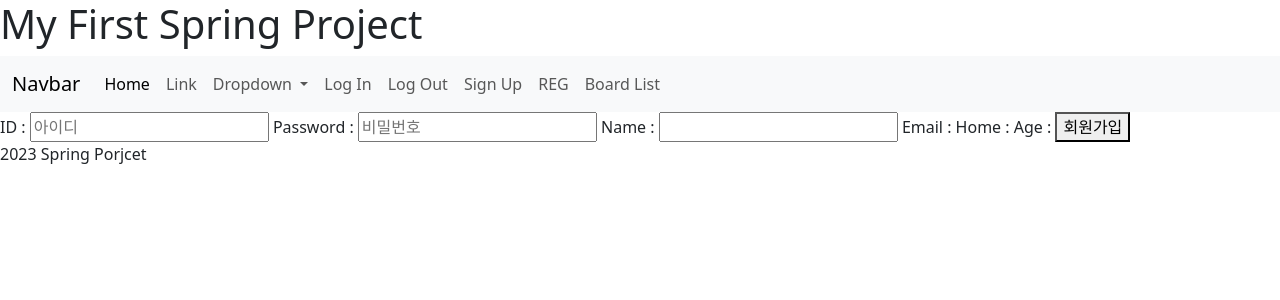
Repository: Leesunghoon1/ezenSpring
Page: http://localhost/spring-Test/WEB-INF/views/member/signup.jsp
These files come from the project's save history. The page is drawn as it stood at one moment and after the next save; the edit follows.
The browser window is 1280 px wide. The pictures show the whole page.
The page is served by Tomcat 9. Nobody is signed in. The template is opened directly, without the code that normally fills it, so the values that code supplies are empty.

Above is the page before, as saved 2023-10-06 07:05:44.

After the next save:
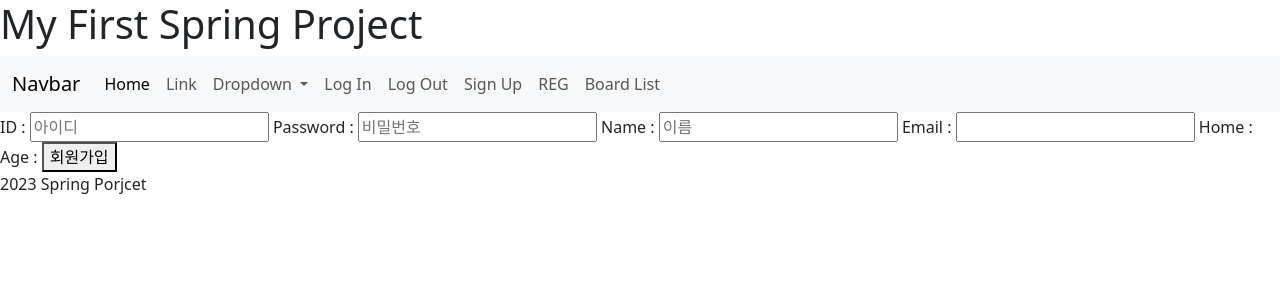
Saved 19 s later.
--- a/spring-Test/src/main/webapp/WEB-INF/views/member/signup.jsp
+++ b/spring-Test/src/main/webapp/WEB-INF/views/member/signup.jsp
@@ -12,8 +12,8 @@
 <form action="/member/signup" method="post">
 ID : <input type="text" name="id" placeholder="아이디">
 Password : <input type="password" name="pw" placeholder="비밀번호">
-Name : <input type="">
-Email :
+Name : <input type="text" name="name" placeholder="이름">
+Email : <input type="text" name>
 Home :
 Age :
 
